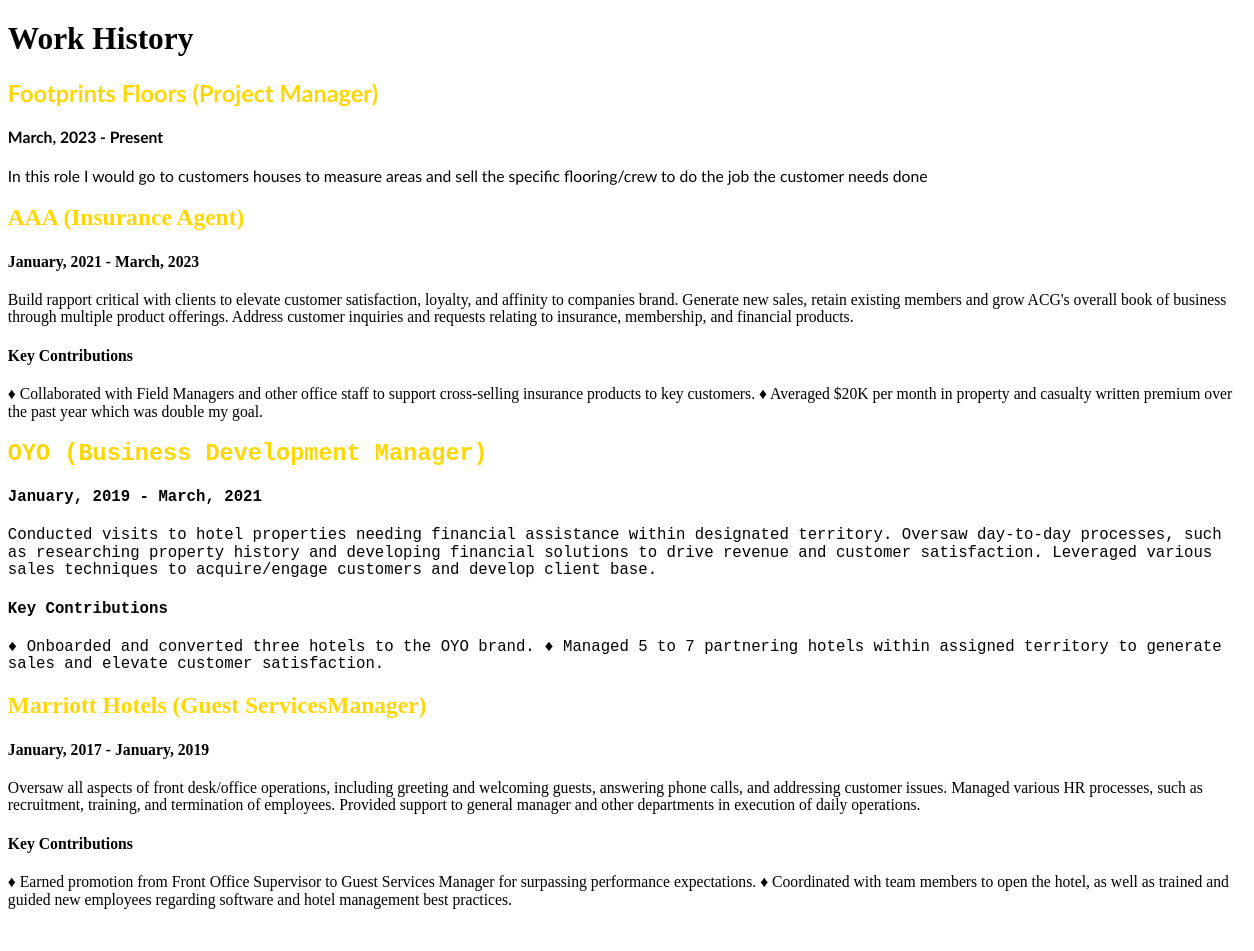
Repository: TEazy2433/LAB-HTML-Resume
Page: index.html
The author's editor kept a copy of each file at every save. The page is drawn from the files as they stood at one save, then again after the next save.
The browser window is 1280 px wide. The pictures show the whole page, at 98% of full size.

Above is the page before, as saved 2023-10-11 20:14:27.

### index.html
<!DOCTYPE html>
<html lang="en">
<head>
  <meta charset="UTF-8">
  <meta name="viewport" content="width=device-width, initial-scale=1.0">
  <title>Resume</title>
  <link rel="stylesheet" href="main.css">
  </head>
  <body>

  <script src="main.js"></script>
  </body>
  </html><html></html>
    </head>
      <title>Work History</title>
    </head>
    <body>
      <h1>Work History</h1>
      <article id="articleOne">
        <h2>Footprints Floors (Project Manager)</h2>
        <h4>March, 2023 - Present</h4>
        <section>
          <p>In this role I would go to customers houses to measure areas and sell the specific flooring/crew to do the job the customer needs done</p>
        </section>
      </article>

      <article id="articleTwo">
        <h2>AAA (Insurance Agent)</h2>
        <h4>January, 2021 - March, 2023</h4>
        <section>
          <p>Build rapport critical with clients to elevate customer satisfaction, loyalty, and affinity to companies brand. Generate new sales, retain existing members and grow ACG's overall book of business through multiple product offerings. Address customer inquiries and requests relating to insurance, membership, and financial products.</p>

          <h4>Key Contributions</h4>
          <P>♦ Collaborated with Field Managers and other office staff to support cross-selling insurance products to key customers.
            ♦ Averaged $20K per month in property and casualty written premium over the past year which was double my goal.</P>
        </section>
      </article>

      <article id="articleThree">
        <h2>OYO (Business Development Manager)</h2>
        <h4>January, 2019 - March, 2021</h4>
        <section>
          <p>Conducted visits to hotel properties needing financial assistance within designated territory. Oversaw day-to-day processes, such as researching property history and developing financial solutions to drive revenue and customer satisfaction. Leveraged various sales techniques to acquire/engage customers and develop client base.</p>

          <h4>Key Contributions</h4>
          <P>♦ Onboarded and converted three hotels to the OYO brand.
            ♦ Managed 5 to 7 partnering hotels within assigned territory to generate sales and elevate customer satisfaction.</P>
        </section>
      </article>

      <article id="articleFour">
        <h2>Marriott Hotels (Guest ServicesManager)</h2>
        <h4>January, 2017 - January, 2019</h4>
        <section>
          <p>Oversaw all aspects of front desk/office operations, including greeting and welcoming guests, answering phone calls, and addressing customer issues. Managed various HR processes, such as recruitment, training, and termination of employees. Provided support to general manager and other departments in execution of daily operations.</p>

          <h4>Key Contributions</h4>
          <P>♦ Earned promotion from Front Office Supervisor to Guest Services Manager for surpassing performance expectations.
            ♦ Coordinated with team members to open the hotel, as well as trained and guided new employees regarding software
            and hotel management best practices.</P>
        </section>
      </article>


    </body>

### main.css
h2{
  color: gold;
}

#articleOne{
  font-family: 'Gill Sans', 'Gill Sans MT', Calibri, 'Trebuchet MS', sans-serif;
}

#articleTwo{
  font-family: cursive;
}

#articleThree{
  font-family: 'Courier New', Courier, monospace;
}

#articleFour{
  font-family: fantasy;
}

### main.js
console.log("Resume");

After the next save:
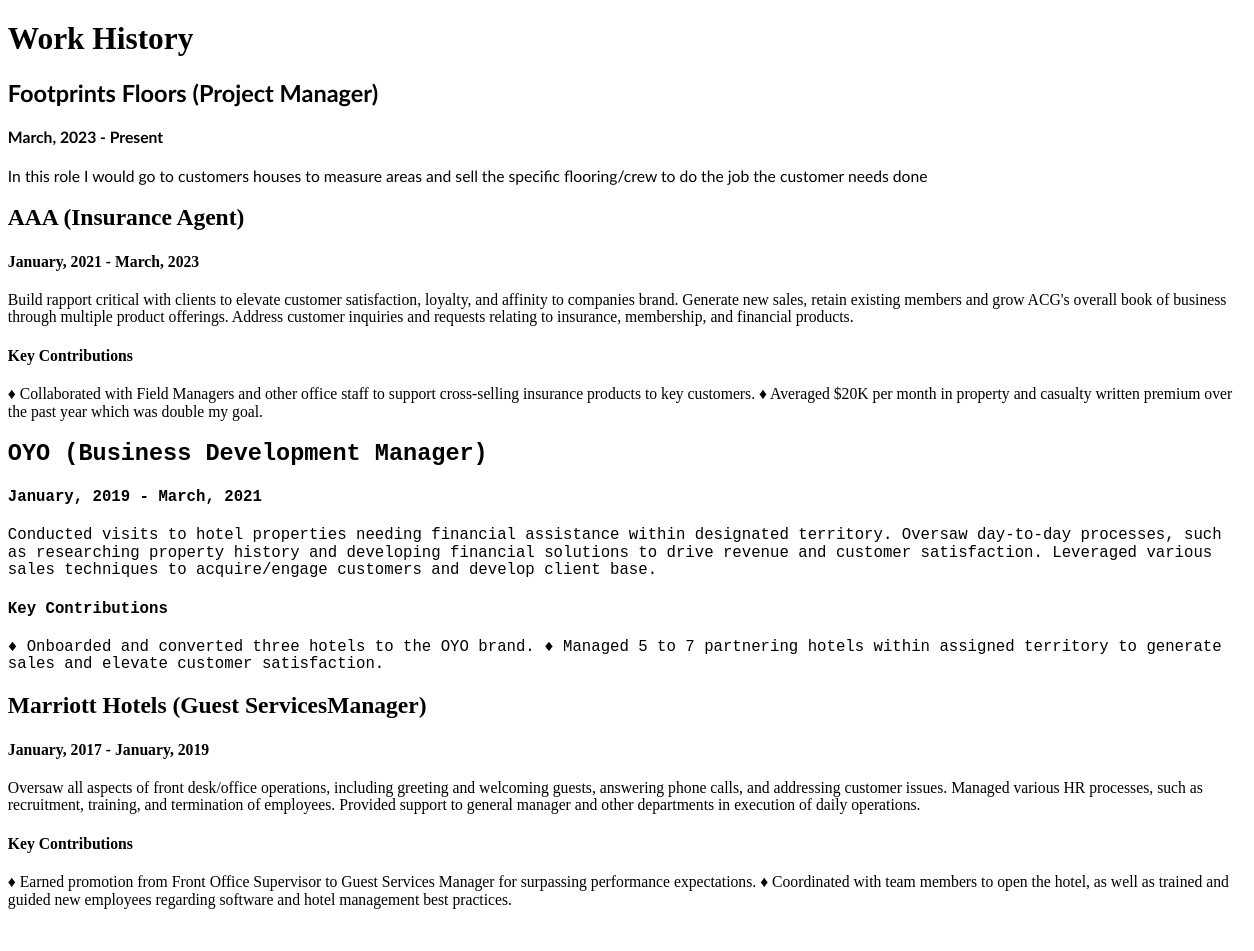
Saved 36 s later.
--- a/main.css
+++ b/main.css
@@ -1,6 +1,4 @@
-h2{
-  color: gold;
-}
+
 
 #articleOne{
   font-family: 'Gill Sans', 'Gill Sans MT', Calibri, 'Trebuchet MS', sans-serif;
